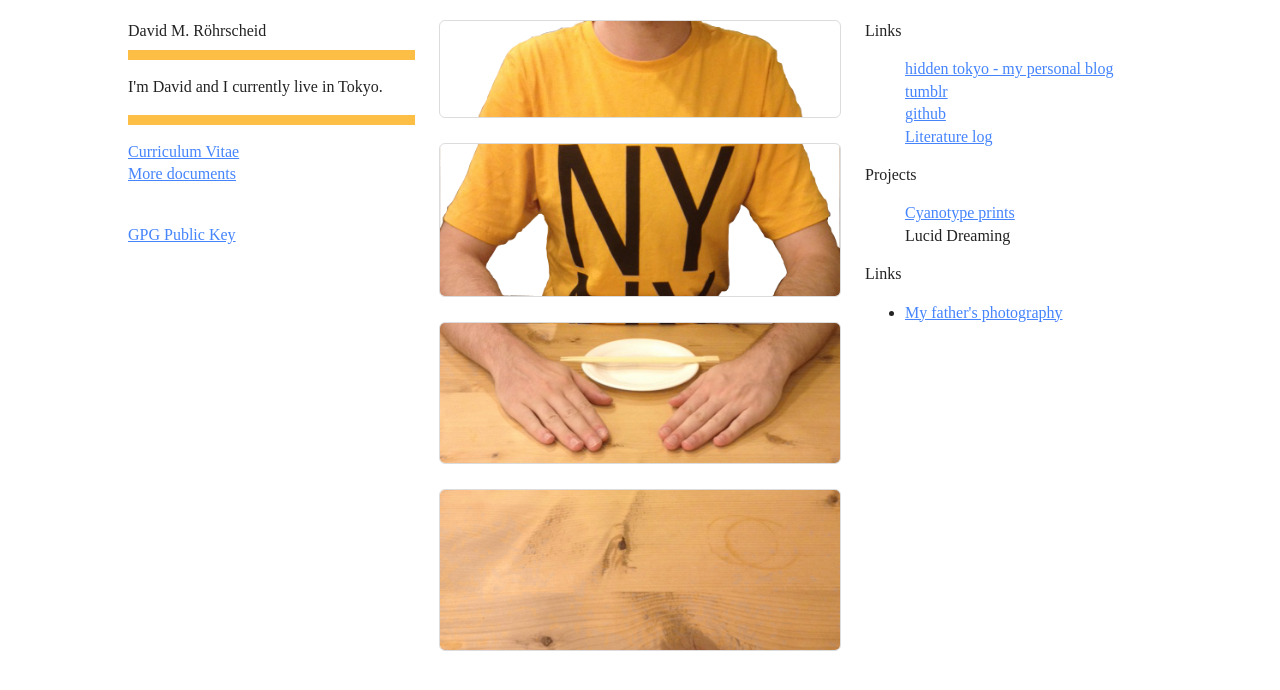
Repository: mrdavid/mrdavid.github.io
Page: index.html
The author's editor kept a record of every edit. The page is drawn from the files as they stood at one moment, then again after the next edit.
The browser window is 1280 px wide. The pictures show the whole page.
Some web fonts or font styles are not loaded; a fallback is used. Some web libraries are served in a nearby version.

Above is the page before.

### index.html
<!DOCTYPE html>
<!--[if lt IE 7]>      <html class="no-js lt-ie9 lt-ie8 lt-ie7"> <![endif]-->
<!--[if IE 7]>         <html class="no-js lt-ie9 lt-ie8"> <![endif]-->
<!--[if IE 8]>         <html class="no-js lt-ie9"> <![endif]-->
<!--[if gt IE 8]><!--> <html class="no-js"> <!--<![endif]-->
    <head>
        <meta charset="utf-8">
        <meta http-equiv="X-UA-Compatible" content="IE=edge">
        <title>davidr.co - David M. Röhrscheid</title>
        <meta name="description" content="">
        <meta name="viewport" content="width=device-width, initial-scale=1">

        <!-- Place favicon.ico and apple-touch-icon.png in the root directory -->

        <link rel="stylesheet" href="css/normalize.css">
        <link rel="stylesheet" href="css/main.css">
        <!-- Google Web fonts -->
         <link rel="stylesheet" type="text/css" href="http://fonts.googleapis.com/css?family=Quattrocento">
        <script src="js/vendor/modernizr-2.6.2.min.js"></script>
    </head>
    <body>
        <!--[if lt IE 7]>
            <p class="browsehappy">You are using an <strong>outdated</strong> browser. Please <a href="http://browsehappy.com/">upgrade your browser</a> to improve your experience.</p>
        <![endif]-->

        <!-- BEGIN content -->
        <div class="container">
            <div class="col-left">
                David M. R&ouml;hrscheid
                <hr />
                <p>
                I'm David and I currently live in Tokyo.
                </p>
                <hr />
                <p>
                 <a href="http://dl.dropboxusercontent.com/u/1297172/share/2013_CV.pdf">Curriculum Vitae</a> <!-- (<a href="more.html">more...</a>) -->
                 <!-- <br /> <a href="http://dl.dropboxusercontent.com/u/1297172/share/2013_CV.pdf">English</a><!-- &middot; <a href="http://dl.dropboxusercontent.com/u/1297172/2012CV_Nihongo.pdf">日本語</a>. -->
                 <br />
                 <a href="more.html">More documents</a><br>
                 <br />
                </p>
                <p>
                    <a href="http://dl.dropboxusercontent.com/u/1297172/share/gpgpublickey.asc">GPG Public Key</a>
                </p>
            </div>
            <div class="col-center">
                <img class="illustration" src="img/00.png">
                <img class="illustration" src="img/01.png">
                <img class="illustration mobile" src="img/02.png">
                <img class="illustration" src="img/03.png">
            </div>
            <div class="col-right">
                Links
                <ul class="external-links">
                    <li><a href="http://hidden.tokyo">hidden tokyo - my personal blog</a></li>
                    <li><a href="http://tumblr.davidr.co/">tumblr</a></li>
                    <li><a href="https://github.com/mrdavid/">github</a></li>
                    <li><a href="reading.html">Literature log</a></li>
                </ul>
                Projects
                <ul class="external-links">
                    <li><a href="projects/cyanotype.html">Cyanotype prints</a></li>
                    <li>Lucid Dreaming</li>
                    <!-- <li>数据分析</li> -->
                </ul>
                Links
                <ul>
                     <li><a href="http://www.roehrscheid-fotografie.de/">My father's photography</a></li>
                </ul>
            </div>
        </div>

        <!-- END content -->
        <script src="//ajax.googleapis.com/ajax/libs/jquery/1.10.2/jquery.min.js"></script>
        <script>window.jQuery || document.write('<script src="js/vendor/jquery-1.10.2.min.js"><\/script>')</script>
        <script src="js/plugins.js"></script>
        <script src="js/main.js"></script>

        <!-- Google Analytics. -->
        <script>
            (function(i,s,o,g,r,a,m){i['GoogleAnalyticsObject']=r;i[r]=i[r]||function(){
                (i[r].q=i[r].q||[]).push(arguments)},i[r].l=1*new Date();a=s.createElement(o),
                m=s.getElementsByTagName(o)[0];a.async=1;a.src=g;m.parentNode.insertBefore(a,m)
            })(window,document,'script','//www.google-analytics.com/analytics.js','ga');

            ga('create', 'UA-44280541-1', 'davidr.co');
            ga('send', 'pageview');

        </script>
    </body>
</html>

### css/main.css
/*! HTML5 Boilerplate v4.3.0 | MIT License | http://h5bp.com/ */

/*
 * What follows is the result of much research on cross-browser styling.
 * Credit left inline and big thanks to Nicolas Gallagher, Jonathan Neal,
 * Kroc Camen, and the H5BP dev community and team.
 */

/* ==========================================================================
   Base styles: opinionated defaults
   ========================================================================== */

html,
button,
input,
select,
textarea {
    color: #222;
}

html {
    font-size: 1em;
    font-weight: 500;
    font-family: "Quattrocento";
    line-height: 1.4;
}

/*
 * Remove text-shadow in selection highlight: h5bp.com/i
 * These selection rule sets have to be separate.
 * Customize the background color to match your design.
 */

::-moz-selection {
    background: #fed077;
    text-shadow: none;
}

::selection {
    background: #fed077;
    text-shadow: none;
}

/*
 * A better looking default horizontal rule
 */

/*
hr {
    display: block;
    height: 1px;
    border: 0;
    border-top: 1px solid #ccc;
    margin: 1em 0;
    padding: 0;
} */

/*
 * Remove the gap between images, videos, audio and canvas and the bottom of
 * their containers: h5bp.com/i/440
 */

audio,
canvas,
img,
video {
    vertical-align: middle;
}

/*
 * Remove default fieldset styles.
 */

fieldset {
    border: 0;
    margin: 0;
    padding: 0;
}

/*
 * Allow only vertical resizing of textareas.
 */

textarea {
    resize: vertical;
}

/* ==========================================================================
   Browse Happy prompt
   ========================================================================== */

.browsehappy {
    margin: 0.2em 0;
    background: #ccc;
    color: #000;
    padding: 0.2em 0;
}

/* ==========================================================================
   Author's custom styles
   ========================================================================== */

hr {
    display: block;
    width: 100%;
    height: 10px;
    color: #fdbe45;
    border: 0px;
    background-color: #fdbe45;
}

/*
.illustration:hover{
    height: 123px;
}
*/

a {
    color: #4584fd;
}

a:visited{
    color: #fd4584;
}

.illustration{
  display: block;
  margin-left: auto;
  margin-right: auto;
  border: 1px solid #dcdcdc;
  border-radius: 6px;

/*
  transition: all 1s;
  -webkit-transition: all 1s;
  -moz-transition: all 1s;
  -o-transition: all 1s;
  */

  margin-bottom: 25px;
  width: 400px;
}

ul.external-links{
    list-style-type: none;
}

@media (min-width: 1024px) {
    .col-left, .col-right{
        float: left;
        width: 287px;
        margin: 0;
        border: 0;
        padding:0;
    }

    .col-center{
        float: left;
        width: 450px;
        margin: 0;
        border: 0;
        padding:0;
    }

    .container{
        margin-top: 20px;
        width: 1024px;
        margin-left: auto;
        margin-right: auto;
    }
    .container:after {
      content: "";
      display: table;
      clear: both;
    }
}

@media (max-width: 1024px){
    .illustration{
        display: none;
    }

    img.always{
        display: block;
        margin-bottom: 5px;
    }

    .container{
        margin: 10px;
    }
}

/* ==========================================================================
   Helper classes
   ========================================================================== */

/*
 * Image replacement
 */

.ir {
    background-color: transparent;
    border: 0;
    overflow: hidden;
    /* IE 6/7 fallback */
    *text-indent: -9999px;
}

.ir:before {
    content: "";
    display: block;
    width: 0;
    height: 150%;
}

/*
 * Hide from both screenreaders and browsers: h5bp.com/u
 */

.hidden {
    display: none !important;
    visibility: hidden;
}

/*
 * Hide only visually, but have it available for screenreaders: h5bp.com/v
 */

.visuallyhidden {
    border: 0;
    clip: rect(0 0 0 0);
    height: 1px;
    margin: -1px;
    overflow: hidden;
    padding: 0;
    position: absolute;
    width: 1px;
}

/*
 * Extends the .visuallyhidden class to allow the element to be focusable
 * when navigated to via the keyboard: h5bp.com/p
 */

.visuallyhidden.focusable:active,
.visuallyhidden.focusable:focus {
    clip: auto;
    height: auto;
    margin: 0;
    overflow: visible;
    position: static;
    width: auto;
}

/*
 * Hide visually and from screenreaders, but maintain layout
 */

.invisible {
    visibility: hidden;
}

/*
 * Clearfix: contain floats
 *
 * For modern browsers
 * 1. The space content is one way to avoid an Opera bug when the
 *    `contenteditable` attribute is included anywhere else in the document.
 *    Otherwise it causes space to appear at the top and bottom of elements
 *    that receive the `clearfix` class.
 * 2. The use of `table` rather than `block` is only necessary if using
 *    `:before` to contain the top-margins of child elements.
 */

.clearfix:before,
.clearfix:after {
    content: " "; /* 1 */
    display: table; /* 2 */
}

.clearfix:after {
    clear: both;
}

/*
 * For IE 6/7 only
 * Include this rule to trigger hasLayout and contain floats.
 */

.clearfix {
    *zoom: 1;
}

/* ==========================================================================
   EXAMPLE Media Queries for Responsive Design.
   These examples override the primary ('mobile first') styles.
   Modify as content requires.
   ========================================================================== */

@media only screen and (min-width: 35em) {
    /* Style adjustments for viewports that meet the condition */
}

@media print,
       (-o-min-device-pixel-ratio: 5/4),
       (-webkit-min-device-pixel-ratio: 1.25),
       (min-resolution: 120dpi) {
    /* Style adjustments for high resolution devices */
}

/* ==========================================================================
   Print styles.
   Inlined to avoid required HTTP connection: h5bp.com/r
   ========================================================================== */

@media print {
    * {
        background: transparent !important;
        color: #000 !important; /* Black prints faster: h5bp.com/s */
        box-shadow: none !important;
        text-shadow: none !important;
    }

    a,
    a:visited {
        text-decoration: underline;
    }

    a[href]:after {
        content: " (" attr(href) ")";
    }

    abbr[title]:after {
        content: " (" attr(title) ")";
    }

    /*
     * Don't show links for images, or javascript/internal links
     */

    .ir a:after,
    a[href^="javascript:"]:after,
    a[href^="#"]:after {
        content: "";
    }

    pre,
    blockquote {
        border: 1px solid #999;
        page-break-inside: avoid;
    }

    thead {
        display: table-header-group; /* h5bp.com/t */
    }

    tr,
    img {
        page-break-inside: avoid;
    }

    img {
        max-width: 100% !important;
    }

    @page {
        margin: 0.5cm;
    }

    p,
    h2,
    h3 {
        orphans: 3;
        widows: 3;
    }

    h2,
    h3 {
        page-break-after: avoid;
    }
}

### js/plugins.js
// Avoid `console` errors in browsers that lack a console.
(function() {
    var method;
    var noop = function () {};
    var methods = [
        'assert', 'clear', 'count', 'debug', 'dir', 'dirxml', 'error',
        'exception', 'group', 'groupCollapsed', 'groupEnd', 'info', 'log',
        'markTimeline', 'profile', 'profileEnd', 'table', 'time', 'timeEnd',
        'timeStamp', 'trace', 'warn'
    ];
    var length = methods.length;
    var console = (window.console = window.console || {});

    while (length--) {
        method = methods[length];

        // Only stub undefined methods.
        if (!console[method]) {
            console[method] = noop;
        }
    }
}());

// Place any jQuery/helper plugins in here.

Loaded but not shown: css/normalize.css (library); js/vendor/modernizr-2.6.2.min.js (library); js/main.js (common file)

After the next edit:
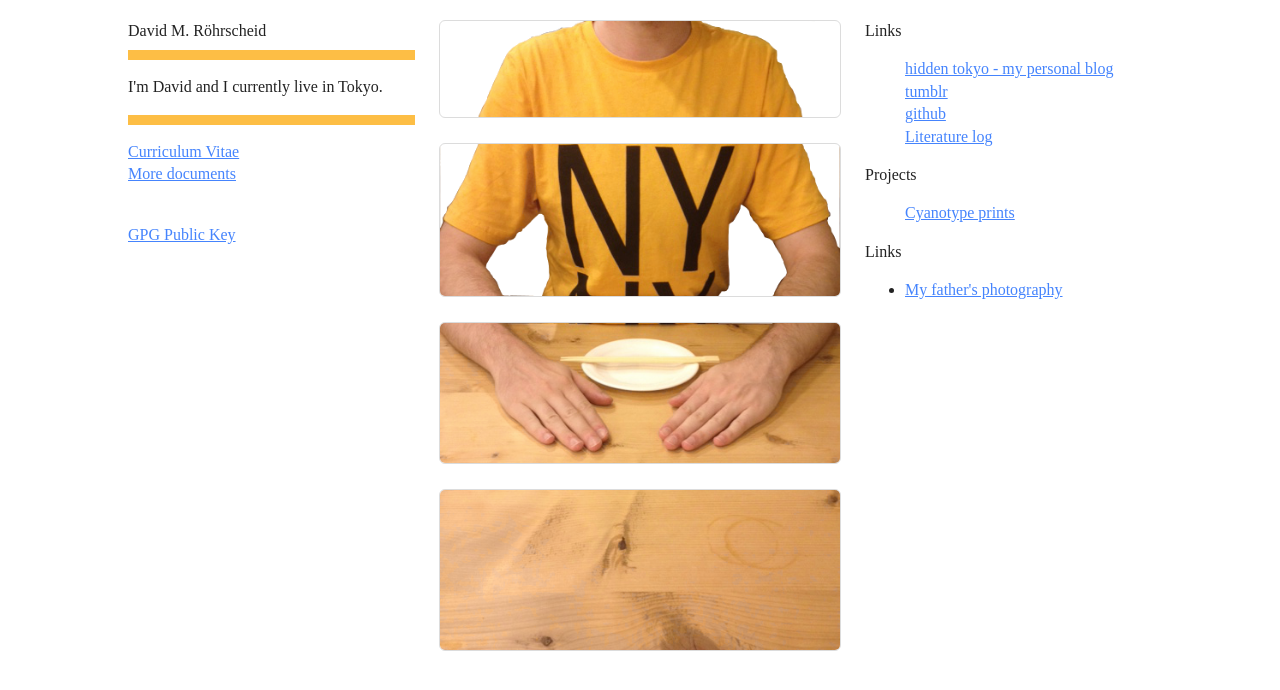
The edit:
--- a/index.html
+++ b/index.html
@@ -60,7 +60,7 @@
                 Projects
                 <ul class="external-links">
                     <li><a href="projects/cyanotype.html">Cyanotype prints</a></li>
-                    <li>Lucid Dreaming</li>
+                    <!-- <li>Lucid Dreaming</li> -->
                     <!-- <li>数据分析</li> -->
                 </ul>
                 Links
